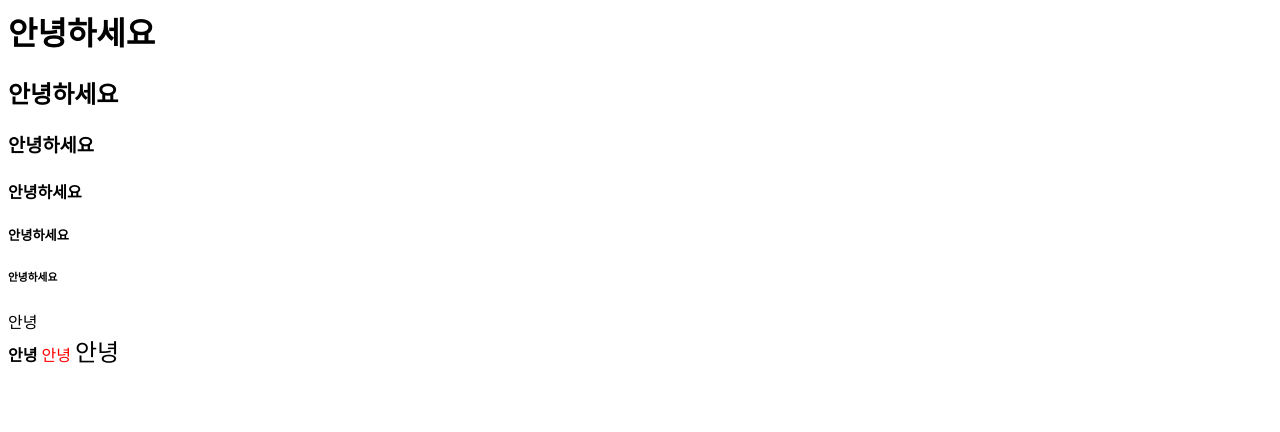
Repository: sungeunbyeol/Nowon-ezen-jsp
Page: test/WebContent/test03.html
The author's editor kept a copy of each file at every save. The page is drawn from the files as they stood at one save, then again after the next save.
The browser window is 1280 px wide. The pictures show the whole page.

Above is the page before, as saved 2021-11-02 02:06:04.

After the next save:
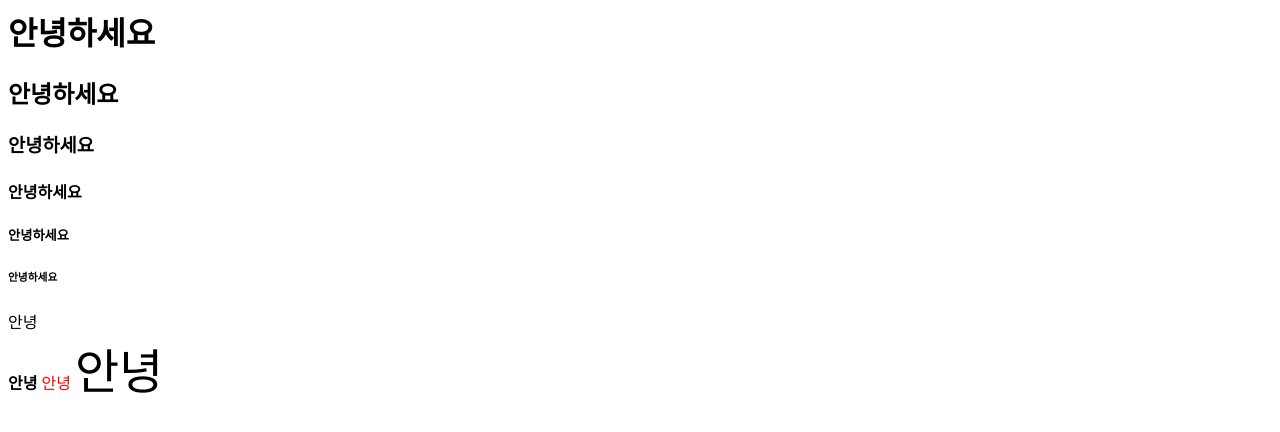
Saved 12 s later.
--- a/test/WebContent/test03.html
+++ b/test/WebContent/test03.html
@@ -15,6 +15,6 @@
 	<b>안녕</b>
 
 	<font color="red">안녕</font>
-	<font size="5">안녕</font>
+	<font size="7">안녕</font>
 </body>
 </html>
